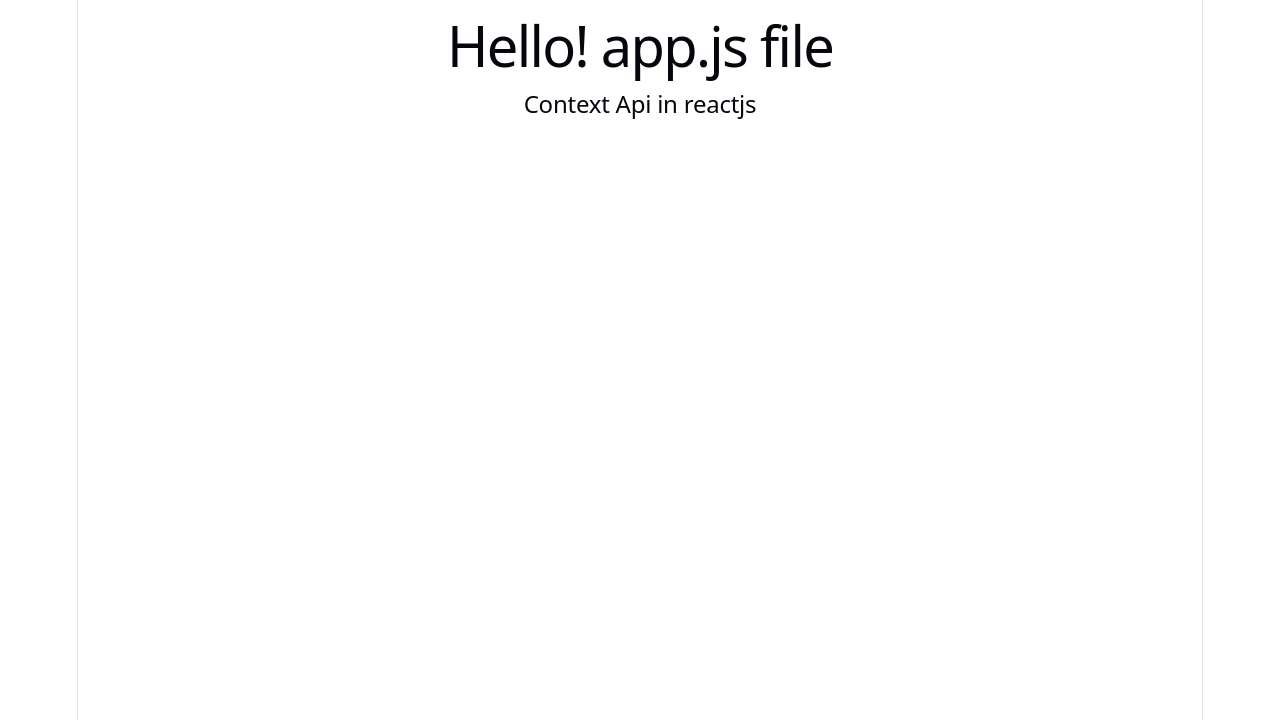
Repository: Gulzarokz/React_Course_Review
Page: / (app in vite-Project/)
An editor plug-in stored every save of this project. The page is shown before and after the next save, followed by the edit.
The browser window is 1280 px wide. The pictures show the whole page.
The project was rebuilt for these pictures with package versions that can differ from the ones it lists, and the page was loaded fresh each time. Also part of the build but not shown: vite-Project/vite.config.js.

Above is the page before, as saved 2026-04-23 11:34:43.

### vite-Project/index.html
<!doctype html>
<html lang="en">
  <head>
    <meta charset="UTF-8" />
    <link rel="icon" type="image/svg+xml" href="/favicon.svg" />
    <meta name="viewport" content="width=device-width, initial-scale=1.0" />
    <title>vite-project</title>
  </head>
  <body>
    <div id="root"></div>
    <script type="module" src="/src/main.jsx"></script>
  </body>
</html>

### vite-Project/src/index.css
:root {
  --text: #6b6375;
  --text-h: #08060d;
  --bg: #fff;
  --border: #e5e4e7;
  --code-bg: #f4f3ec;
  --accent: #aa3bff;
  --accent-bg: rgba(170, 59, 255, 0.1);
  --accent-border: rgba(170, 59, 255, 0.5);
  --social-bg: rgba(244, 243, 236, 0.5);
  --shadow:
    rgba(0, 0, 0, 0.1) 0 10px 15px -3px, rgba(0, 0, 0, 0.05) 0 4px 6px -2px;

  --sans: system-ui, 'Segoe UI', Roboto, sans-serif;
  --heading: system-ui, 'Segoe UI', Roboto, sans-serif;
  --mono: ui-monospace, Consolas, monospace;

  font: 18px/145% var(--sans);
  letter-spacing: 0.18px;
  color-scheme: light dark;
  color: var(--text);
  background: var(--bg);
  font-synthesis: none;
  text-rendering: optimizeLegibility;
  -webkit-font-smoothing: antialiased;
  -moz-osx-font-smoothing: grayscale;

  @media (max-width: 1024px) {
    font-size: 16px;
  }
}

@media (prefers-color-scheme: dark) {
  :root {
    --text: #9ca3af;
    --text-h: #f3f4f6;
    --bg: #16171d;
    --border: #2e303a;
    --code-bg: #1f2028;
    --accent: #c084fc;
    --accent-bg: rgba(192, 132, 252, 0.15);
    --accent-border: rgba(192, 132, 252, 0.5);
    --social-bg: rgba(47, 48, 58, 0.5);
    --shadow:
      rgba(0, 0, 0, 0.4) 0 10px 15px -3px, rgba(0, 0, 0, 0.25) 0 4px 6px -2px;
  }

  #social .button-icon {
    filter: invert(1) brightness(2);
  }
}

body {
  margin: 0;
}

#root {
  width: 1126px;
  max-width: 100%;
  margin: 0 auto;
  text-align: center;
  border-inline: 1px solid var(--border);
  min-height: 100svh;
  display: flex;
  flex-direction: column;
  box-sizing: border-box;
}

h1,
h2 {
  font-family: var(--heading);
  font-weight: 500;
  color: var(--text-h);
}

h1 {
  font-size: 56px;
  letter-spacing: -1.68px;
  margin: 32px 0;
  @media (max-width: 1024px) {
    font-size: 36px;
    margin: 20px 0;
  }
}
h2 {
  font-size: 24px;
  line-height: 118%;
  letter-spacing: -0.24px;
  margin: 0 0 8px;
  @media (max-width: 1024px) {
    font-size: 20px;
  }
}
p {
  margin: 0;
}

code,
.counter {
  font-family: var(--mono);
  display: inline-flex;
  border-radius: 4px;
  color: var(--text-h);
}

code {
  font-size: 15px;
  line-height: 135%;
  padding: 4px 8px;
  background: var(--code-bg);
}

### vite-Project/src/App.jsx
import { useState } from 'react';
import ContextApiHook from './ContextApiHook';





function App() {
  // const [count, setCount] = useState(0)

  // function getData() {
  //   alert('Hello How are you!')
  // }
  return (
    <>
      <h1>Hello! app.js file</h1>
      <ContextApiHook />



    </>
  )
}
export default App

### vite-Project/src/ContextApiHook.jsx
import React from 'react'

const ContextApiHook = () => {
    return (
        <>
            <h2>Context Api in reactjs</h2>
        </>
    )
}

export default ContextApiHook

### vite-Project/src/FirstChild.jsx
import React from 'react'
import SecondChild from './SecondChild'

const FirstChild = () => {
    return (
        <>
            <h3>First Child of context Api</h3>
            <SecondChild />
        </>
    )
}

export default FirstChild

### vite-Project/src/SecondChild.jsx
import React from 'react'

const SecondChild = () => {
    return (
        <>
            <h3>Second Child of React js</h3>
        </>
    )
}

export default SecondChild

Loaded but not shown: vite-Project/src/main.jsx (common file)

After the next save:
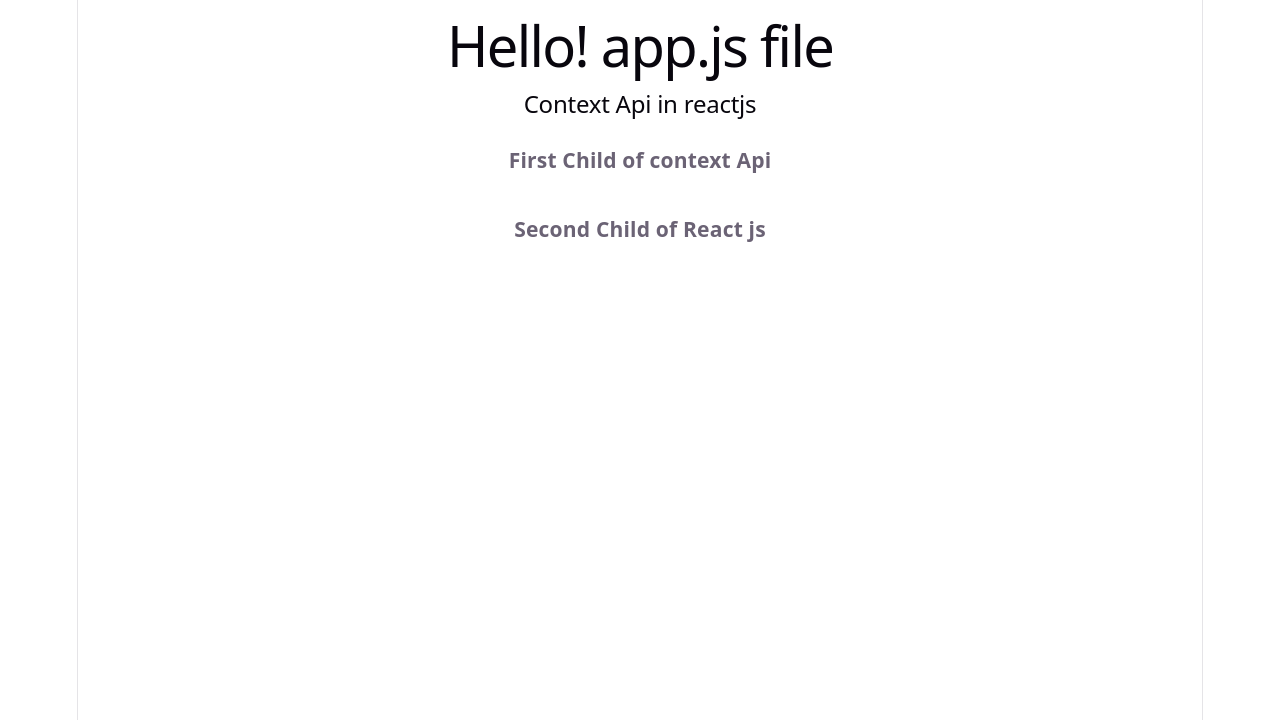
Saved 18 s later.
--- a/vite-Project/src/ContextApiHook.jsx
+++ b/vite-Project/src/ContextApiHook.jsx
@@ -1,9 +1,11 @@
 import React from 'react'
+import FirstChild from './FirstChild'
 
 const ContextApiHook = () => {
     return (
         <>
             <h2>Context Api in reactjs</h2>
+            <FirstChild />
         </>
     )
 }
